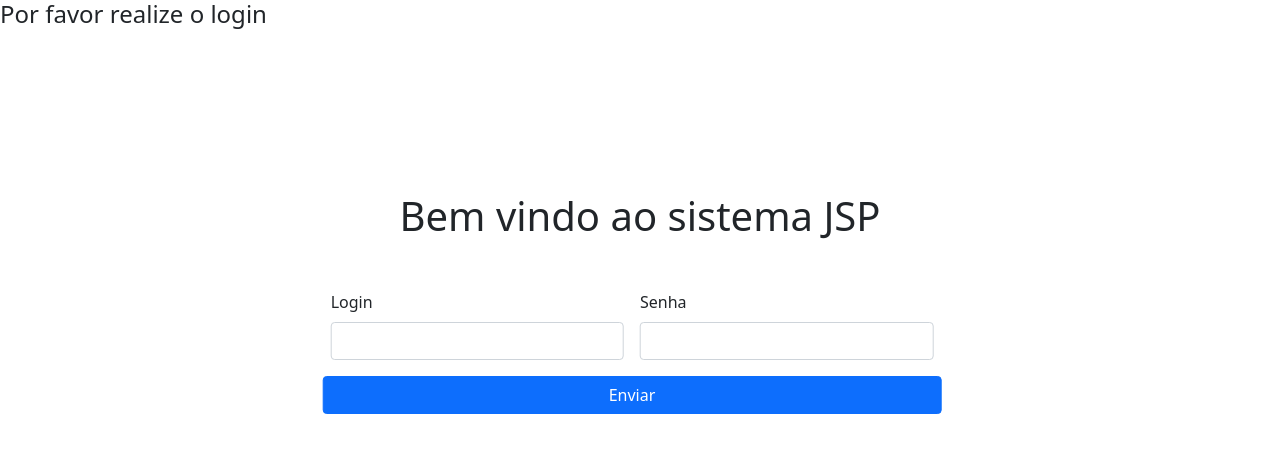
Repository: EduCarmo/PROJETO_JAVA-JSP_JDBC_SQL_JAVA
Page: http://localhost/curso-jsp/principal/cadastrousuario.jsp
The author's editor kept a copy of each file at every save. The page is drawn from the files as they stood at one save, then again after the next save.
The browser window is 1280 px wide. The page is 1280 px wide, then 1288 px, so the pictures cover 1288 px, including what lies to the right of the window. The pictures show the whole page.
The page is served by Tomcat 10. Other server files are loaded and not shown.

Above is the page before, as saved 2024-03-13 22:08:20.

### curso-jsp/src/main/webapp/index.jsp
<%@ page language="java" contentType="text/html; charset=UTF-8"
	pageEncoding="UTF-8"%>
<!DOCTYPE html>
<html lang="pt-BR">
<head>
<meta charset="UTF-8">
<meta name="viewport" content="width=device-width, initial-scale=1">

<link
	href="https://cdn.jsdelivr.net/npm/bootstrap@5.0.2/dist/css/bootstrap.min.css"
	rel="stylesheet"
	integrity="sha384-EVSTQN3/azprG1Anm3QDgpJLIm9Nao0Yz1ztcQTwFspd3yD65VohhpuuCOmLASjC"
	crossorigin="anonymous">

<title>Curso JSP</title>

<style type="text/css">

form{
	position: absolute;
	top: 50%;
	left: 50%;
	transform: translate(-50%,-50%);
}

h1{
	position: absolute;
	top: 30%;
	left: 50%;
	transform: translate(-50%,-50%);

}

</style>

<link rel="stylesheet" href="style/style.css">

</head>
<body>

	<h1>Bem vindo ao sistema JSP</h1>

	<form action="ServletLogin" method="post" class="row g-3">

		<input type="hidden" value="<%=request.getParameter("url")%>"
			name="url">

		<div class="col-md-6">
			<label class="form-label">Login</label>
			<input name="login" type="text" class="form-control">
		</div>

		<div class="col-md-6">
			<label class="form-label">Senha</label>
			<input name="senha" type="password" class="form-control">
		</div>

		<input type="submit" value="Enviar" class="btn btn-primary">
	</form>

	<h4>${msg}</h4>

	<script
		src="https://cdn.jsdelivr.net/npm/bootstrap@5.0.2/dist/js/bootstrap.bundle.min.js"
		integrity="sha384-MrcW6ZMFYlzcLA8Nl+NtUVF0sA7MsXsP1UyJoMp4YLEuNSfAP+JcXn/tWtIaxVXM"
		crossorigin="anonymous"></script>

</body>
</html>

After the next save:
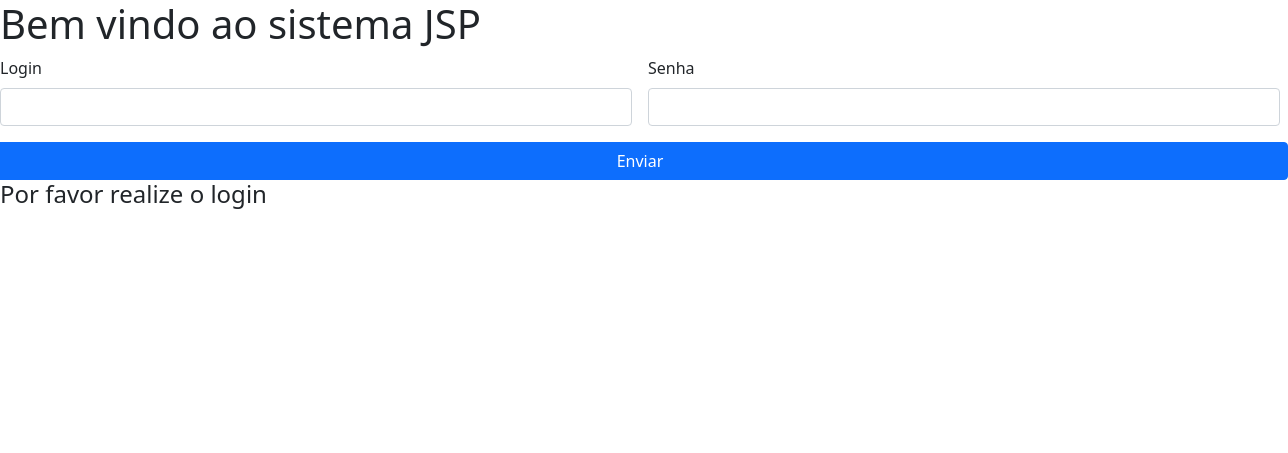
Saved 29 s later.
--- a/curso-jsp/src/main/webapp/index.jsp
+++ b/curso-jsp/src/main/webapp/index.jsp
@@ -13,25 +13,6 @@
 	crossorigin="anonymous">
 
 <title>Curso JSP</title>
-
-<style type="text/css">
-
-form{
-	position: absolute;
-	top: 50%;
-	left: 50%;
-	transform: translate(-50%,-50%);
-}
-
-h1{
-	position: absolute;
-	top: 30%;
-	left: 50%;
-	transform: translate(-50%,-50%);
-
-}
-
-</style>
 
 <link rel="stylesheet" href="style/style.css">
 
